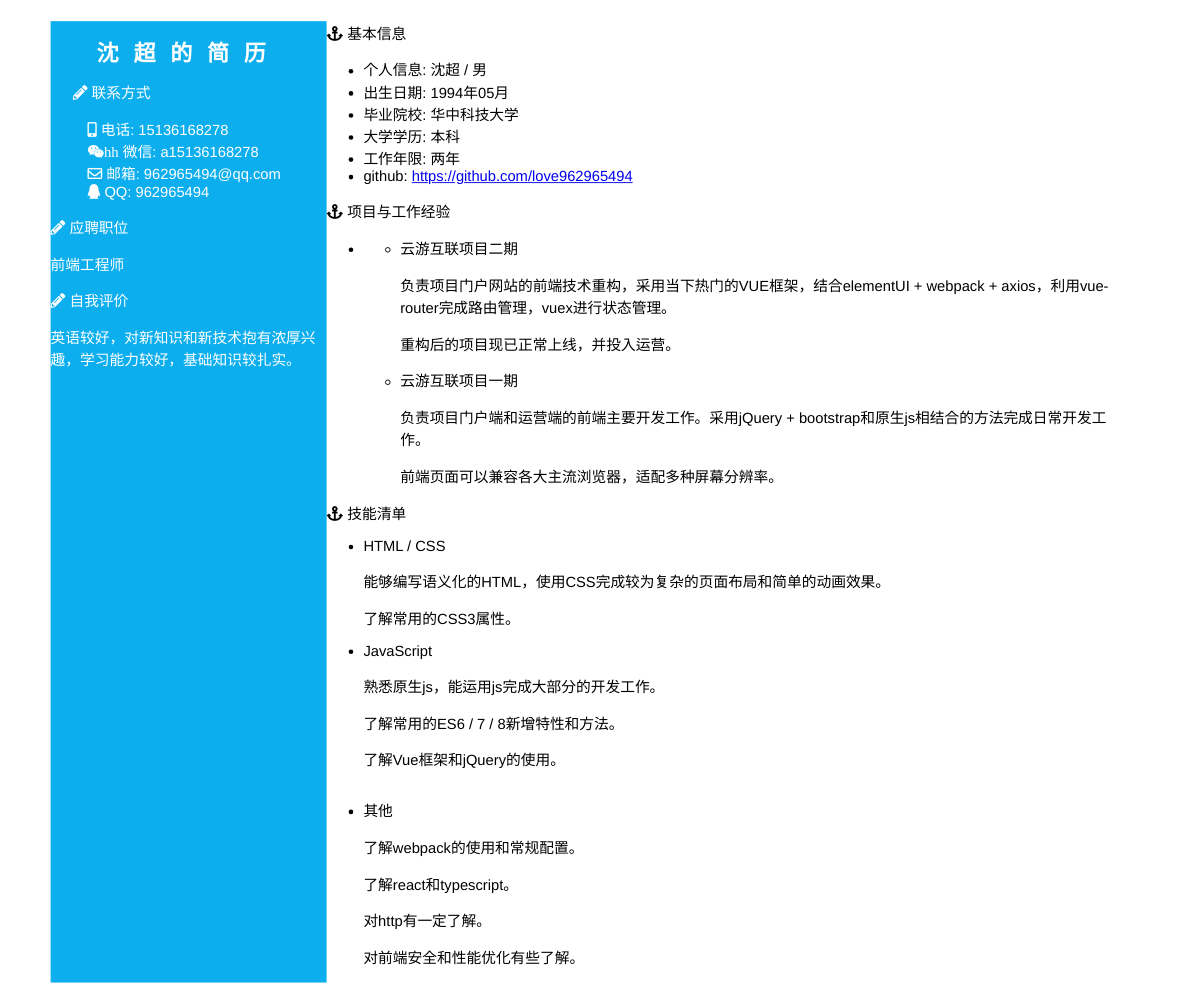
Repository: love962965494/my-resume
Page: index.html
An editor plug-in stored every save of this project. The page is shown before and after the next save, followed by the edit.
The browser window is 1280 px wide. The pictures show the whole page, at 92% of full size.
Some web libraries are served in a nearby version. The style sheet was rebuilt from its Sass, Less or Tailwind sources for each picture, by a compiler version that may differ from the author's.

Above is the page before, as saved 2018-09-02 17:30:44.

### index.html
<!DOCTYPE html>
<html lang="en">

<head>
  <meta charset="UTF-8">
  <meta name="viewport" content="width=device-width, initial-scale=1.0">
  <meta http-equiv="X-UA-Compatible" content="ie=edge">
  <title>沈超的简历</title>
  <link rel="stylesheet" href="https://use.fontawesome.com/releases/v5.0.10/css/all.css" integrity="sha384-+d0P83n9kaQMCwj8F4RJB66tzIwOKmrdb46+porD/OvrJ+37WqIM7UoBtwHO6Nlg"
    crossorigin="anonymous">
  <link rel="stylesheet" href="./styles/myResume.css">
</head>

<body>
  <div id="container" class="container">
    <!-- 左边栏 -->
    <aside class="content__left">
      <!-- 头像区域 -->
      <div class="content__left--title">
        <h1>沈超的简历</h1>
      </div>

      <!-- 联系方式区域 -->
      <div class="content__left--contact">
        <div class="title">
          <i class="fas fa-pencil-alt"></i>
          <span>联系方式</span>
        </div>
        <ul class="list">
          <li>
            <span>
              <i class="fas fa-mobile-alt"></i>
              <span>电话:</span>
            </span>
            <span>15136168278</span>
          </li>
          <li>
            <span>
              <i class="fab fa-weixin">hh</i>
              <span>微信:</span>
            </span>
            <span>a15136168278</span>
          </li>
          <li>
            <span>
              <i class="far fa-envelope"></i>
              <span>邮箱:</span>
            </span>
            <span>962965494@qq.com</span>
          </li>
          <li>
            <span>
              <i class="fab fa-qq"></i>
              <span>QQ:</span>
            </span>
            <span>962965494</span>
          </li>
        </ul>
      </div>

      <!-- 应聘职位区域 -->
      <div class="content__left--application">
        <span class="title">
          <i class="fas fa-pencil-alt"></i>
          <span>应聘职位</span>
        </span>
        <p class="application-job">前端工程师</p>
      </div>

      <!-- 个人评价区域 -->
      <div class="content__left--evaluation">
        <span class="title">
          <i class="fas fa-pencil-alt"></i>
          <span>自我评价</span>
        </span>
        <p class="self-evaluate">英语较好，对新知识和新技术抱有浓厚兴趣，学习能力较好，基础知识较扎实。</p>
      </div>
    </aside>

    <!-- 右边栏 -->
    <div class="content__right">
      <!-- 基本信息 -->
      <div class="basic-info info">
        <div class="header">
          <i class="fas fa-anchor"></i>
          <span>基本信息</span>
        </div>
        <div class="content">
          <ul>
            <li>
              <span>个人信息:</span>
              <span>沈超&nbsp;/&nbsp;男</span>
            </li>
            <li>
              <span>出生日期:</span>
              <span>1994年05月</span>
            </li>
            <li>
              <span>毕业院校:</span>
              <span>华中科技大学</span>
            </li>
            <li>
              <span>大学学历:</span>
              <span>本科</span>
            </li>
            <li>
              <span>工作年限:</span>
              <span>两年</span>
            </li>
            <li>
              <span>github:</span>
              <span><a href="https://github.com/love962965494" target="_blank">https://github.com/love962965494</a></span>
            </li>
          </ul>
        </div>
      </div>

      <!-- 项目经验 -->
      <div class="experience-info info">
        <div class="header">
          <i class="fas fa-anchor"></i>
          <span>项目与工作经验</span>
        </div>
        <div class="content">
          <ul>
            <li>
              <div class="company-info"></div>
              <ul class="work-experience-list">
                <li>
                  <div class="work-name circle">云游互联项目二期</div>
                  <div class="work-info">
                    <p>负责项目门户网站的前端技术重构，采用当下热门的VUE框架，结合elementUI + webpack + axios，利用vue-router完成路由管理，vuex进行状态管理。</p>
                    <p>重构后的项目现已正常上线，并投入运营。</p>
                  </div>
                  <div class="work-picture"></div>
                </li>
                <li style="padding-top: 0">
                  <div class="work-name circle">云游互联项目一期</div>
                  <div class="work-info">
                    <p>负责项目门户端和运营端的前端主要开发工作。采用jQuery + bootstrap和原生js相结合的方法完成日常开发工作。</p>
                    <p>前端页面可以兼容各大主流浏览器，适配多种屏幕分辨率。</p>
                  </div>
                  <div class="work-picture"></div>
                </li>
              </ul>
            </li>
            </li>
          </ul>
        </div>
      </div>

      <!-- 技能清单 -->
      <div class="skill-info info">
        <div class="header">
          <i class="fas fa-anchor"></i>
          <span>技能清单</span>
        </div>
        <div class="content">
          <ul class="skill-list">
            <li>
              <div class="skill-name circle">HTML / CSS</div>
              <div class="skill-info">
                <p>能够编写语义化的HTML，使用CSS完成较为复杂的页面布局和简单的动画效果。</p>
                <p>了解常用的CSS3属性。</p>
              </div>
            </li>
            <li>
              <div class="skill-name circle">JavaScript</div>
              <div class="skill-info">
                <p>熟悉原生js，能运用js完成大部分的开发工作。</p>
                <p>了解常用的ES6 / 7 / 8新增特性和方法。</p>
                <p>了解Vue框架和jQuery的使用。</p>
              </div>
            </li>
            <li style="border-top: 15px solid transparent;">
              <div class="skill-name circle">其他</div>
              <div class="skill-info">
                <p>了解webpack的使用和常规配置。</p>
                <p>了解react和typescript。</p>
                <p>对http有一定了解。</p>
                <p>对前端安全和性能优化有些了解。</p>
              </div>
            </li>
          </ul>
        </div>
      </div>
    </div>
  </div>
</body>

</html>

### styles/myResume.scss
@mixin text-center {
  text-align: center;
}

@mixin row {
  grid-column: 1 / span 12;
}

@media (min-width: 992px) {
  .container {
    width: 970px;
  }
}

@media (min-width: 1200px) {
  .container {
    width: 1170px;
  }
}

.container {
  display: grid;
  grid-template-columns: minmax(200px, 300px) 1fr;
  padding: 15px;
  margin: auto;
  font-family: "Helvetica Neue",Helvetica,"PingFang SC","Hiragino Sans GB","Microsoft YaHei","微软雅黑",Arial,sans-serif;
}

.content__left {
  display: grid;
  grid-template-columns: repeat(12, 1fr);
  grid-template-rows: repeat(4, min-content);
  background-color: #0daeee;
  color: #fff;

  &--title {
    @include row;
    @include text-center;
    margin: 15px;

    & > h1 {
      margin: 0;
      white-space: nowrap;
      letter-spacing: 1rem;
    }
  }

  &--contact {
    @include row();

    & > .title {
      padding-left: 1.5rem;
    }

    & > .list {
      list-style: none;
    }
  }

  &--application {
    @include row();
  }

  &--evaluation {
    @include row();
  }
}

After the next save:
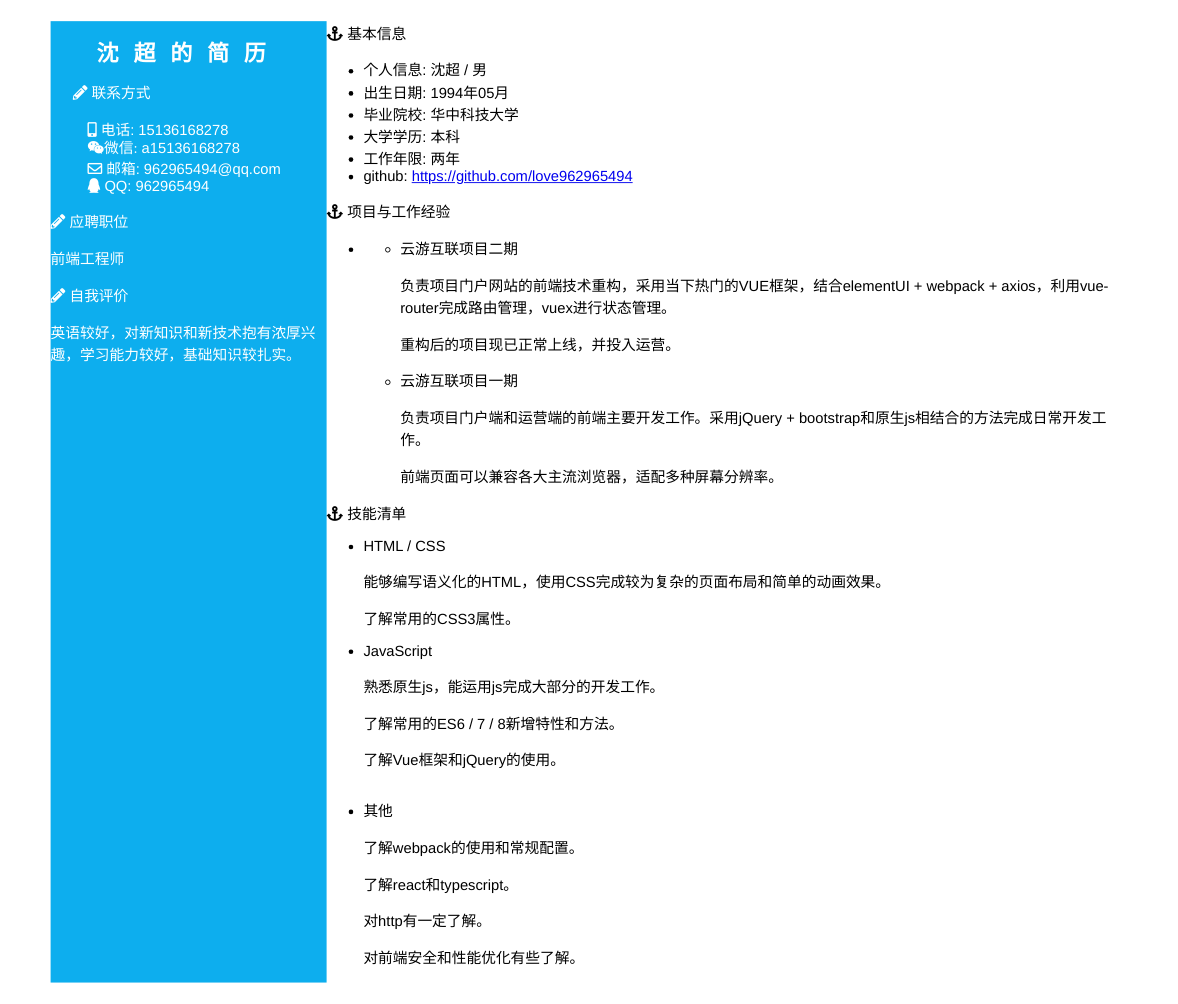
Saved 10 s later.
--- a/index.html
+++ b/index.html
@@ -36,8 +36,7 @@
           </li>
           <li>
             <span>
-              <i class="fab fa-weixin">hh</i>
-              <span>微信:</span>
+              <i class="fab fa-weixin">微信:</i>
             </span>
             <span>a15136168278</span>
           </li>
